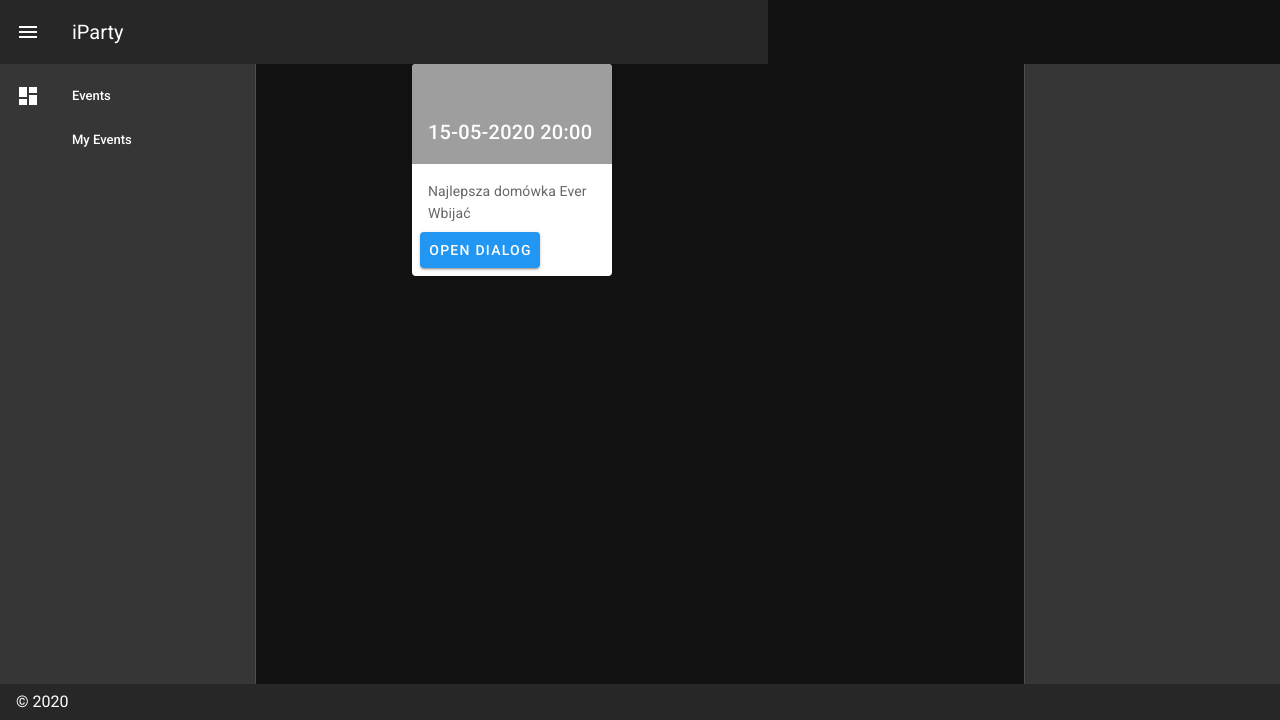
Repository: hexanek/partyapp
Page: /
An editor plug-in stored every save of this project. The page is shown before and after the next save, followed by the edit.
The browser window is 1280 px wide. The pictures show the whole page.
Pictures or frames that could not be fetched are drawn as grey boxes. The project was rebuilt for these pictures with package versions that can differ from the ones it lists, and the page was loaded fresh each time. Also part of the build but not shown: vue.config.js.

Above is the page before, as saved 2020-01-25 18:13:17.

After the next save:
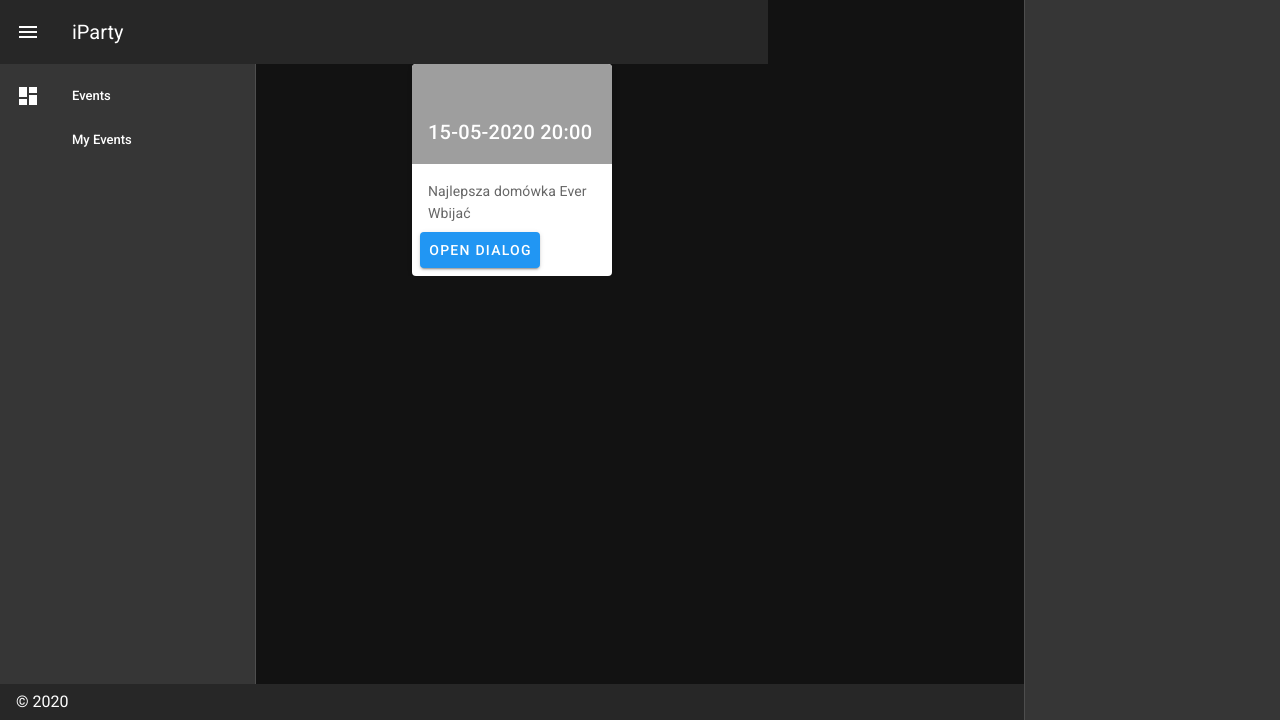
Saved 85 s later.
--- a/src/components/Gmap.vue
+++ b/src/components/Gmap.vue
@@ -30,7 +30,7 @@
        <v-navigation-drawer
       fixed
       right
-      v-if="this.detail === true"
+      v-if="showdetails"
       ></v-navigation-drawer>
 
 

After the 2 saves that followed:
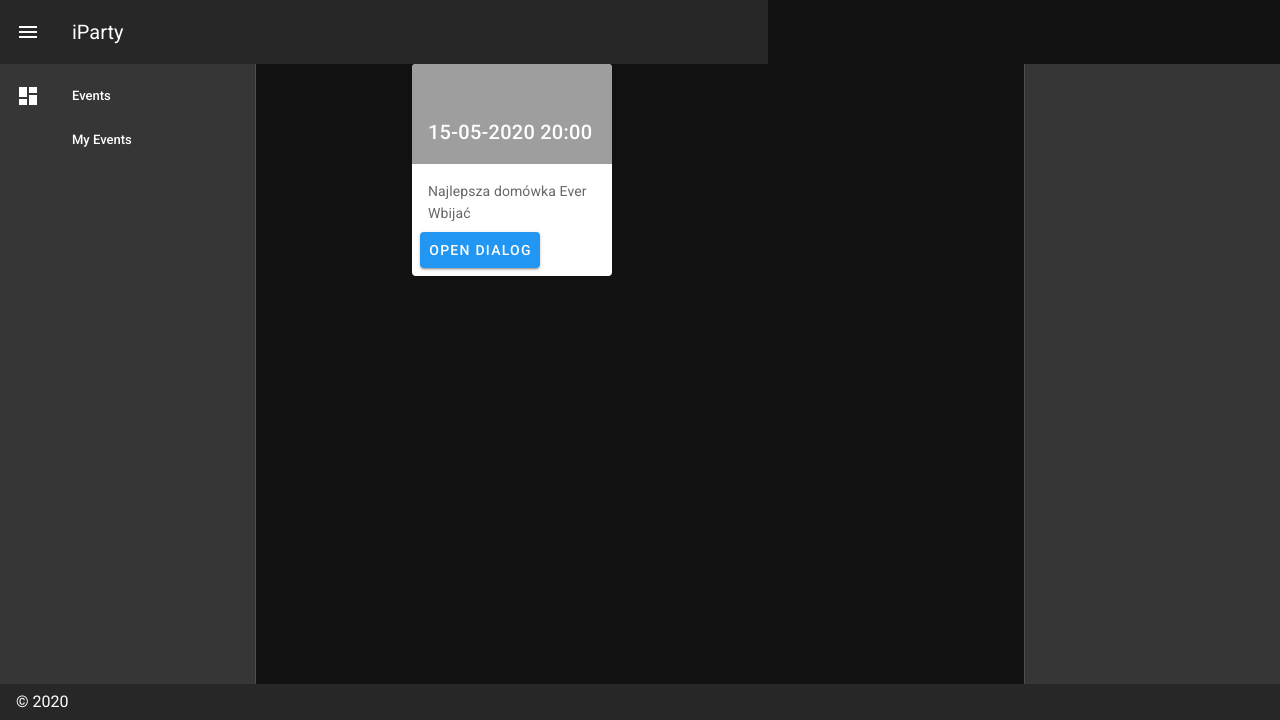
The 2 saves are shown as one change because 1 left the picture as it was.
The last was saved 3 min 10 s later.
--- a/src/components/Gmap.vue
+++ b/src/components/Gmap.vue
@@ -30,7 +30,7 @@
        <v-navigation-drawer
       fixed
       right
-      v-if="showdetails"
+      v-model="detail"
       ></v-navigation-drawer>
 
 
